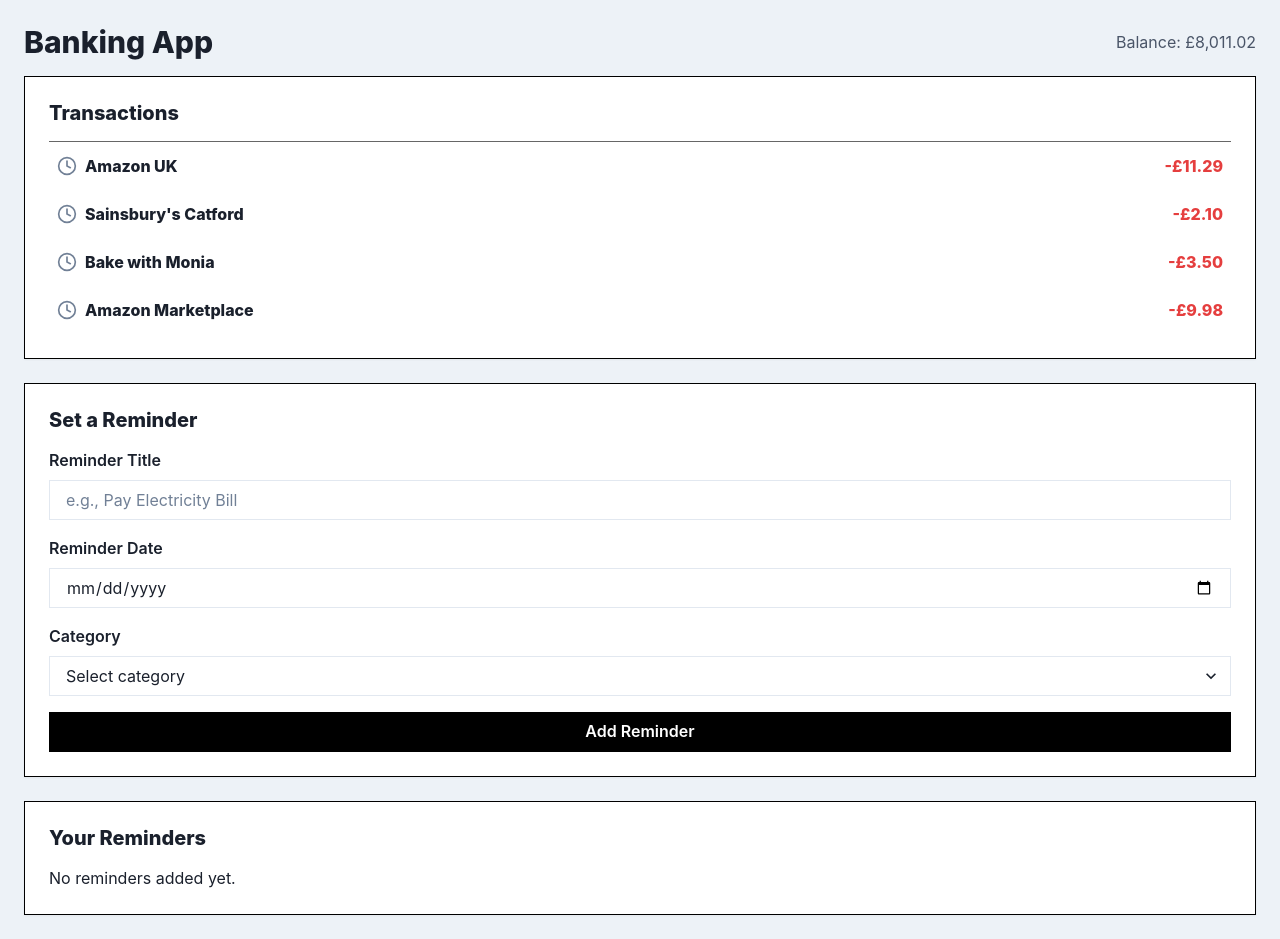
Repository: ellamcmorrow/banking-reminder
Page: /
An editor plug-in stored every save of this project. The page is shown before and after the next save, followed by the edit.
The browser window is 1280 px wide. The pictures show the whole page.
The project was rebuilt for these pictures with package versions that can differ from the ones it lists, and the page was loaded fresh each time. The framework's server and built-in components were replaced by stand-ins that run in the browser. Also part of the build but not shown: next.config.js.

Above is the page before, as saved 2024-12-01 19:12:15.

After the next save:
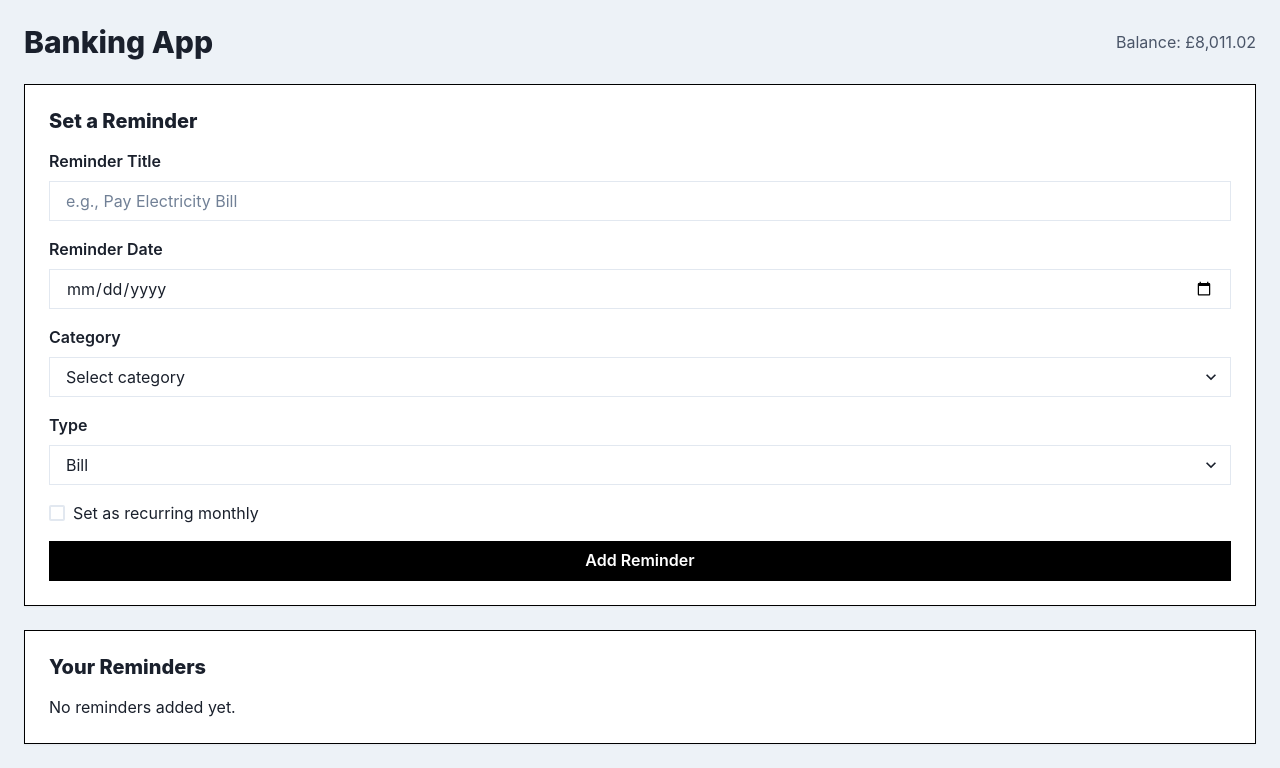
Saved 3 min 30 s later.
--- a/src/pages/index.tsx
+++ b/src/pages/index.tsx
@@ -2,33 +2,27 @@ import {
   Box,
   Heading,
   VStack,
-  HStack,
   Input,
   Button,
   FormControl,
   FormLabel,
   Select,
+  Checkbox,
   Text,
   useToast,
   Flex,
   Divider,
-  Icon,
   SimpleGrid,
+  HStack,
 } from "@chakra-ui/react";
-import { FiClock } from "react-icons/fi";
 import { useState } from "react";
 
 type Reminder = {
   title: string;
   date: string;
   category: string;
-};
-
-type Transaction = {
-  id: number;
-  name: string;
-  amount: string;
-  date: string;
+  type: string; // Bill or Subscription
+  recurring: boolean; // Monthly Recurring
 };
 
 export default function ReminderPage() {
@@ -36,20 +30,19 @@ export default function ReminderPage() {
     title: "",
     date: "",
     category: "",
+    type: "Bill", // Default to Bill
+    recurring: false,
   });
+
   const [remindersList, setRemindersList] = useState<Reminder[]>([]);
-  const [transactions] = useState<Transaction[]>([
-    { id: 1, name: "Amazon UK", amount: "-£11.29", date: "2024-12-01" },
-    { id: 2, name: "Sainsbury's Catford", amount: "-£2.10", date: "2024-12-01" },
-    { id: 3, name: "Bake with Monia", amount: "-£3.50", date: "2024-12-01" },
-    { id: 4, name: "Amazon Marketplace", amount: "-£9.98", date: "2024-12-01" },
-  ]);
-
   const toast = useToast();
 
   const handleChange = (e: React.ChangeEvent<HTMLInputElement | HTMLSelectElement>) => {
-    const { name, value } = e.target;
-    setReminder((prev) => ({ ...prev, [name]: value }));
+    const { name, value, type, checked } = e.target;
+    setReminder((prev) => ({
+      ...prev,
+      [name]: type === "checkbox" ? checked : value,
+    }));
   };
 
   const handleAddReminder = () => {
@@ -65,7 +58,7 @@ export default function ReminderPage() {
     }
 
     setRemindersList((prev) => [...prev, reminder]);
-    setReminder({ title: "", date: "", category: "" });
+    setReminder({ title: "", date: "", category: "", type: "Bill", recurring: false });
 
     toast({
       title: "Success",
@@ -84,33 +77,6 @@ export default function ReminderPage() {
           Balance: £8,011.02
         </Text>
       </Flex>
-      <Box bg="white" p={6} border="1px solid black" borderRadius="none" boxShadow="sm">
-        <Heading size="md" mb={4}>
-          Transactions
-        </Heading>
-        <Divider />
-        {transactions.map((transaction) => (
-          <HStack
-            key={transaction.id}
-            justifyContent="space-between"
-            py={3}
-            px={2}
-            _hover={{
-              bg: "black",
-              color: "white",
-              cursor: "pointer",
-            }}
-          >
-            <HStack>
-              <Icon as={FiClock} boxSize={5} color="gray.500" />
-              <Text fontWeight="bold">{transaction.name}</Text>
-            </HStack>
-            <Text color="red.500" fontWeight="bold">
-              {transaction.amount}
-            </Text>
-          </HStack>
-        ))}
-      </Box>
 
       <Box bg="white" mt={6} p={6} border="1px solid black" borderRadius="none" boxShadow="sm">
         <Heading size="md" mb={4}>
@@ -135,6 +101,7 @@ export default function ReminderPage() {
               }}
             />
           </FormControl>
+
           <FormControl>
             <FormLabel>Reminder Date</FormLabel>
             <Input
@@ -153,6 +120,7 @@ export default function ReminderPage() {
               }}
             />
           </FormControl>
+
           <FormControl>
             <FormLabel>Category</FormLabel>
             <Select
@@ -175,6 +143,39 @@ export default function ReminderPage() {
               <option value="Investments">Investments</option>
             </Select>
           </FormControl>
+
+          <FormControl>
+            <FormLabel>Type</FormLabel>
+            <Select
+              name="type"
+              value={reminder.type}
+              onChange={handleChange}
+              borderRadius="none"
+              _hover={{
+                borderColor: "black",
+              }}
+              _focus={{
+                borderColor: "black",
+                bg: "black",
+                color: "white",
+              }}
+            >
+              <option value="Bill">Bill</option>
+              <option value="Subscription">Subscription</option>
+            </Select>
+          </FormControl>
+
+          <FormControl>
+            <Checkbox
+              name="recurring"
+              isChecked={reminder.recurring}
+              onChange={handleChange}
+              colorScheme="blackAlpha"
+            >
+              Set as recurring monthly
+            </Checkbox>
+          </FormControl>
+
           <Button
             colorScheme="green"
             onClick={handleAddReminder}
@@ -218,6 +219,8 @@ export default function ReminderPage() {
                 <Text fontWeight="bold">{r.title}</Text>
                 <Text>Date: {r.date}</Text>
                 <Text>Category: {r.category}</Text>
+                <Text>Type: {r.type}</Text>
+                <Text>Recurring: {r.recurring ? "Yes" : "No"}</Text>
               </Box>
             ))}
           </SimpleGrid>
